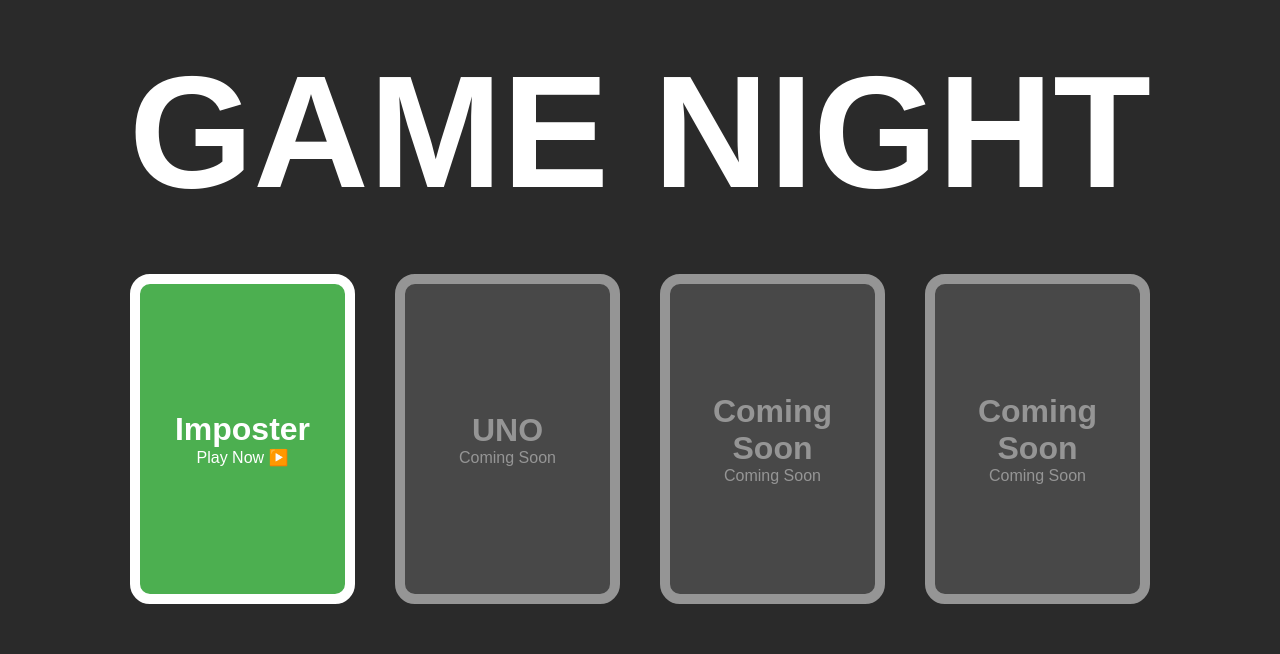
Repository: nfemmanuel/game-night-app
Page: /
An editor plug-in stored every save of this project. The page is shown before and after the next save, followed by the edit.
The browser window is 1280 px wide. The pictures show the whole page.
The project was rebuilt for these pictures with package versions that can differ from the ones it lists, and the page was loaded fresh each time.

Above is the page before, as saved 2025-12-31 16:37:31.

### public/index.html
<!DOCTYPE html>
<html lang="en">
  <head>
    <meta charset="utf-8" />
    <link rel="icon" href="%PUBLIC_URL%/favicon.ico" />
    <link rel="preconnect" href="https://fonts.googleapis.com">
    <link rel="preconnect" href="https://fonts.gstatic.com" crossorigin>
    <link href="https://fonts.googleapis.com/css2?family=Montserrat:wght@400;600;700&display=swap" rel="stylesheet">
    <meta name="viewport" content="width=device-width, initial-scale=1" />
    <meta name="theme-color" content="#000000" />
    <meta
      name="description"
      content="Web site created using create-react-app"
    />
    <link rel="apple-touch-icon" href="%PUBLIC_URL%/logo192.png" />
    <!--
      manifest.json provides metadata used when your web app is installed on a
      user's mobile device or desktop. See https://developers.google.com/web/fundamentals/web-app-manifest/
    -->
    <link rel="manifest" href="%PUBLIC_URL%/manifest.json" />
    <!--
      Notice the use of %PUBLIC_URL% in the tags above.
      It will be replaced with the URL of the `public` folder during the build.
      Only files inside the `public` folder can be referenced from the HTML.

      Unlike "/favicon.ico" or "favicon.ico", "%PUBLIC_URL%/favicon.ico" will
      work correctly both with client-side routing and a non-root public URL.
      Learn how to configure a non-root public URL by running `npm run build`.
    -->
    <title>React App</title>
  </head>
  <body>
    <noscript>You need to enable JavaScript to run this app.</noscript>
    <div id="root"></div>
    <!--
      This HTML file is a template.
      If you open it directly in the browser, you will see an empty page.

      You can add webfonts, meta tags, or analytics to this file.
      The build step will place the bundled scripts into the <body> tag.

      To begin the development, run `npm start` or `yarn start`.
      To create a production bundle, use `npm run build` or `yarn build`.
    -->
  </body>
</html>

### src/App.js
import './styles/global.css';
import GameCard from './components/GameCard';

function App() {
  const handleClick = (gameName) => {
    alert(`Getting ready to play ${gameName}!`);
  };

  return (
    <div style={{ padding: '40px', textAlign: 'center' }}>
      <h1 style={{ fontSize: '10rem' }}>GAME NIGHT</h1>

      <div style={{
        display: 'flex',
        gap: '20px',
        justifyContent: 'center',
        marginTop: '40px',
        flexWrap: 'wrap'
      }}>
        <GameCard
          name="Imposter"
          available={true}
          onClick={() => handleClick("Imposter")}
        />
        <GameCard
          name="UNO"
          available={false}
          onClick={() => handleClick("UNO")}
        />
        <GameCard
          name="Coming Soon"
          available={false}
          onClick={() => { }}
        />
        <GameCard
          name="Coming Soon"
          available={false}
          onClick={() => { }}
        />
      </div>
    </div>
  );
}

export default App;

### src/styles/global.css
* {
    margin: 0;
    padding: 0;
    box-sizing: border-box;
}

body {
    font-family: 'Helvetica ', 'Arial', sans-serif;
    background-color: rgb(42, 42, 42);
    color: white;
    overflow: hidden;
}

button {
    cursor: pointer;
    border: none;
    border-radius: 5px;
    font-family: inherit;
    font-size: 1rem;
    padding: 10px 20px;
}

### src/components/GameCard.jsx
import styles from './GameCard.module.css';

function GameCard({ name, available, onClick }) {
    // Combine card + available/disabled classes
    const cardClasses = `${styles.card} ${available ? styles.available : styles.disabled}`;

    return (
        <div
            className={cardClasses}
            onClick={available ? onClick : null}
        >
            <h1>{name}</h1>
            <p>{available ? 'Play Now ▶️' : 'Coming Soon'}</p>
        </div>
    );
}

export default GameCard;

### src/components/GameCard.module.css
.card {
    width: 225px;
    height: 330px;
    padding: 30px;
    margin: 10px;
    border-radius: 20px;
    border: 10px solid white;
    text-align: center;
    transition: all 0.3s ease;
    display: flex;
    flex-direction: column;
    justify-content: center;
}

.available {
    background-color: #4CAF50;
    color: white;
    cursor: pointer;
}

.available:hover {
    transform: scale(1.05);
    box-shadow: 0 0 20px rgba(76, 175, 80, 0.6);
}

.disabled {
    background-color: #666;
    color: white;
    cursor: not-allowed;
    opacity: 0.5;
}

Loaded but not shown: src/index.js (common file); src/index.css (common file); src/reportWebVitals.js (common file)

After the next save:
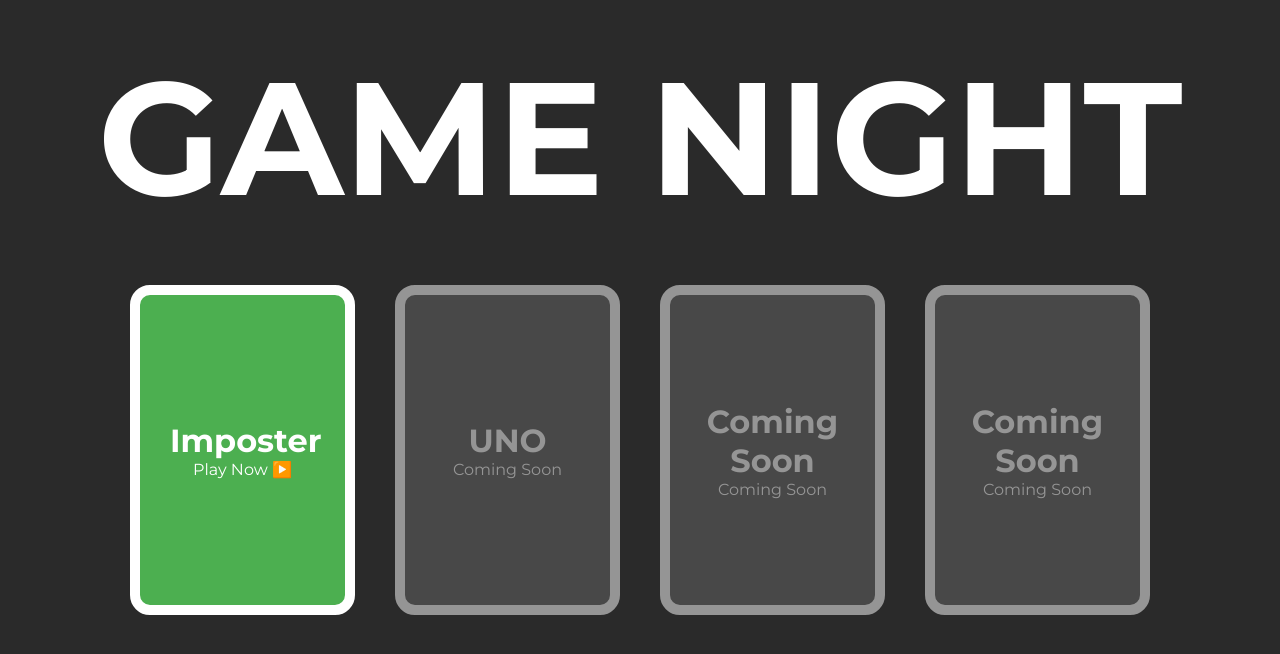
Saved 38 s later.
--- a/src/styles/global.css
+++ b/src/styles/global.css
@@ -5,7 +5,10 @@
 }
 
 body {
-    font-family: 'Helvetica ', 'Arial', sans-serif;
+    font-family: 'Montserrat',
+        'Helvetica Neue',
+        'Arial',
+        sans-serif;
     background-color: rgb(42, 42, 42);
     color: white;
     overflow: hidden;
